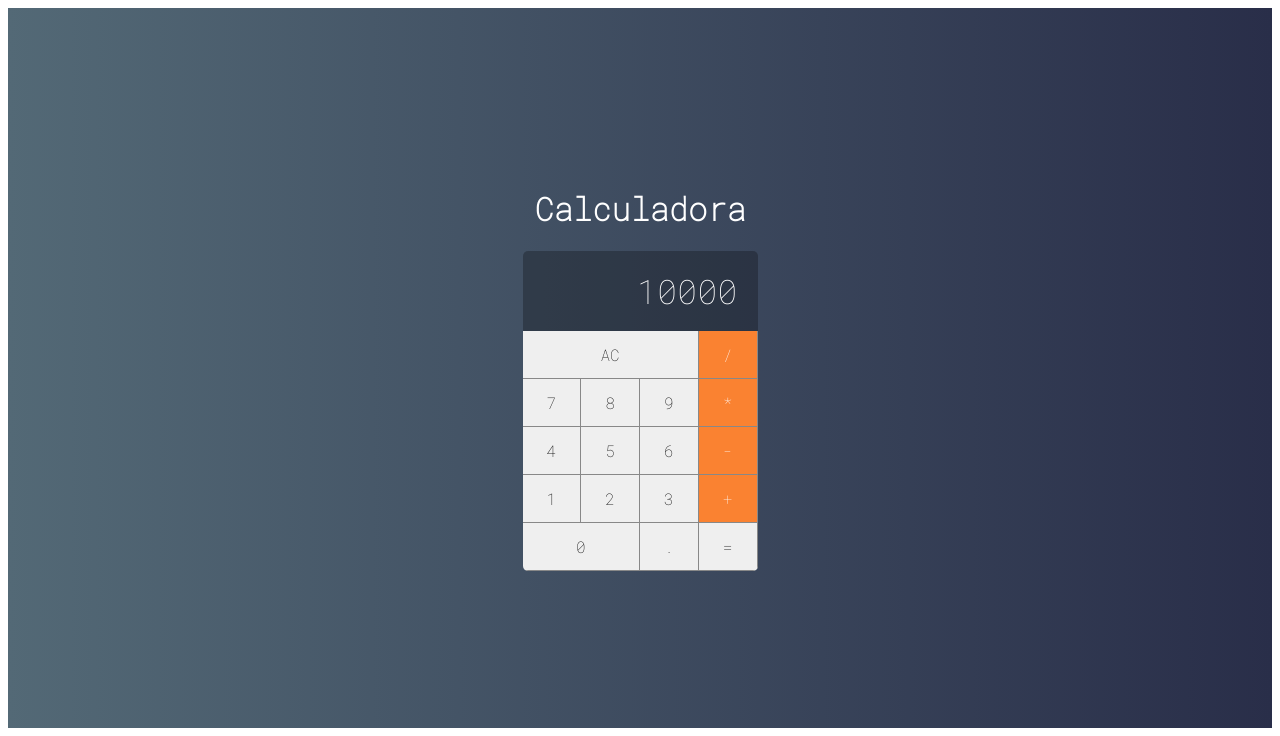
Repository: wgpena/calculadoraVue
Page: /
An editor plug-in stored every save of this project. The page is shown before and after the next save, followed by the edit.
The browser window is 1280 px wide. The pictures show the whole page.
The project was rebuilt for these pictures with package versions that can differ from the ones it lists, and the page was loaded fresh each time.

Above is the page before, as saved 2019-04-12 13:56:42.

### public/index.html
<!DOCTYPE html>
<html lang="en">
  <head>
    <meta charset="utf-8">
    <meta http-equiv="X-UA-Compatible" content="IE=edge">
    <meta name="viewport" content="width=device-width,initial-scale=1.0">
    <link rel="icon" href="<%= BASE_URL %>favicon.ico">
    <title>calculadora</title>
  </head>
  <body>
    <noscript>
      <strong>We're sorry but calculadora doesn't work properly without JavaScript enabled. Please enable it to continue.</strong>
    </noscript>
    <div id="app"></div>
    <!-- built files will be auto injected -->
  </body>
</html>

### src/App.vue
<template>
  <div id="app">
    <h1>Calculadora</h1>
    <Calculator />
  </div>
</template>

<script>
import Calculator from './main/Calculator'

export default {
  name: 'app',
  components: {
    Calculator
  }
}
</script>

<style>

@font-face {
  font-family: "RobotoMono";
  src: url("./fonts/RobotoMono-Thin.ttf");
}

* {
  font-family: "RobotoMono", monospace;
}

body {
  border: 0;
}

#app {
  display: flex;
  flex-direction: column;
  height: 100vh;
  justify-content: center;
  align-items: center;
  text-align: center;
  color: #fff;
  background: linear-gradient(to right, rgb(83, 105, 118), rgb(41, 46, 73));
}
</style>

### src/main/Calculator.vue
<template>
    <div class="calculator">
        <Display value="10000" />
        <Button label="AC" triple @onClick="clearMemory" />
        <Button label="/" operator @onClick="setOperation"/>
        <Button label="7" @onClick="addDigit"/>
        <Button label="8" @onClick="addDigit"/>
        <Button label="9" @onClick="addDigit"/>
        <Button label="*" operator @onClick="setOperation"/>
        <Button label="4" @onClick="addDigit"/>
        <Button label="5" @onClick="addDigit"/>
        <Button label="6" @onClick="addDigit"/>
        <Button label="-" operator @onClick="setOperation"/>
        <Button label="1" @onClick="addDigit"/>
        <Button label="2" @onClick="addDigit"/>
        <Button label="3" @onClick="addDigit"/>
        <Button label="+" operator @onClick="setOperation"/>
        <Button label="0" double @onClick="addDigit"/>
        <Button label="." @onClick="addDigit"/>
        <Button label="=" />
    </div>
</template>

<script>
import Display from '../components/Display'
import Button from '../components/Button'

export default {
    components: { Button, Display },
    methods: {
        clearMemory() {

        },
        setOperation(operation) {

        },
        addDigit(n) {

        }
    },

}
</script>

<style>

.calculator {
    height: 320px;
    width: 235px;
    border-radius: 5px;
    overflow: hidden;

    display: grid;
    grid-template-columns: repeat(4, 25%);
    grid-template-rows: 1fr 48px 48px 48px 48px 48px;
}

</style>

### src/components/Display.vue
<template>
    <div class="display">
        {{value}}
    </div>
</template>

<script>
export default {
    props: ['value']
}
</script>

<style>

.display {
    grid-column: span 4;
    background-color: #0004;

    display: flex;
    justify-content: flex-end;
    align-items: center;
    padding: 20px;
    font-size: 2.1em;
    overflow: hidden;
}

</style>

### src/components/Button.vue
<template>
    <button class="button"
        @click="$emit('onClick', label)"
        :class="{ double, triple, operator }">
        {{label}}
    </button>
</template>

<script>
export default {
    props: {
        label: {},
        operator: { type: Boolean },
        double: { type: Boolean },
        triple: { type: Boolean }
    }

}
</script>

<style>

:root {
    --bg-button: #f0f0f0;
    --border-button: solid 1px #888;
}

.button {
    font-size: var(--bg-button);
    border: none;
    border-right: var(--border-button);
    border-bottom: var(--border-button);

    outline: none;
}

.button:active {
    background-color: #ccc;
}

.button.double {
    grid-column: span 2;
}

.button.triple {
    grid-column: span 3;
}

.button.operator {
    background-color: #fa8231;
    color: #fff;
}

.button.operator:active {
    background-color: #fa8231cc;
}

</style>

Loaded but not shown: src/main.js (common file)

After the next save:
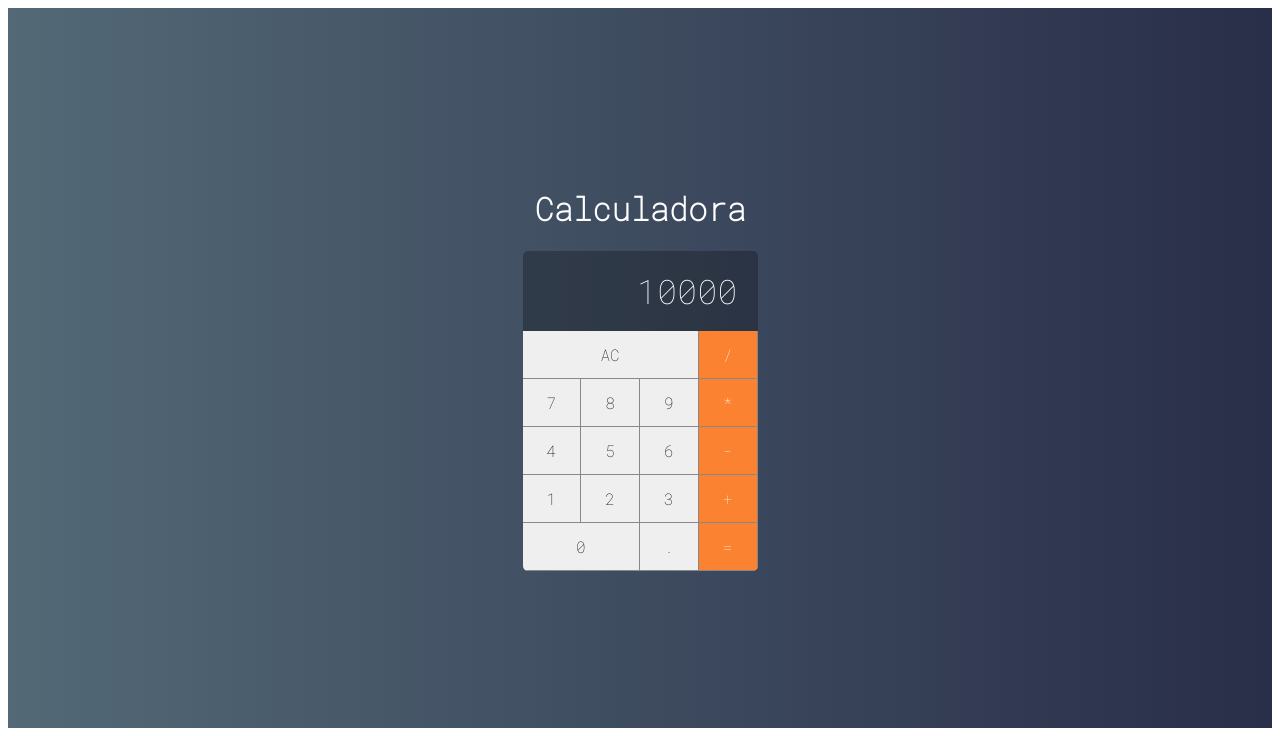
Saved 2 min 8 s later.
--- a/src/main/Calculator.vue
+++ b/src/main/Calculator.vue
@@ -17,7 +17,7 @@
         <Button label="+" operator @onClick="setOperation"/>
         <Button label="0" double @onClick="addDigit"/>
         <Button label="." @onClick="addDigit"/>
-        <Button label="=" />
+        <Button label="=" operator @onClick="setOperation"/>
     </div>
 </template>
 
